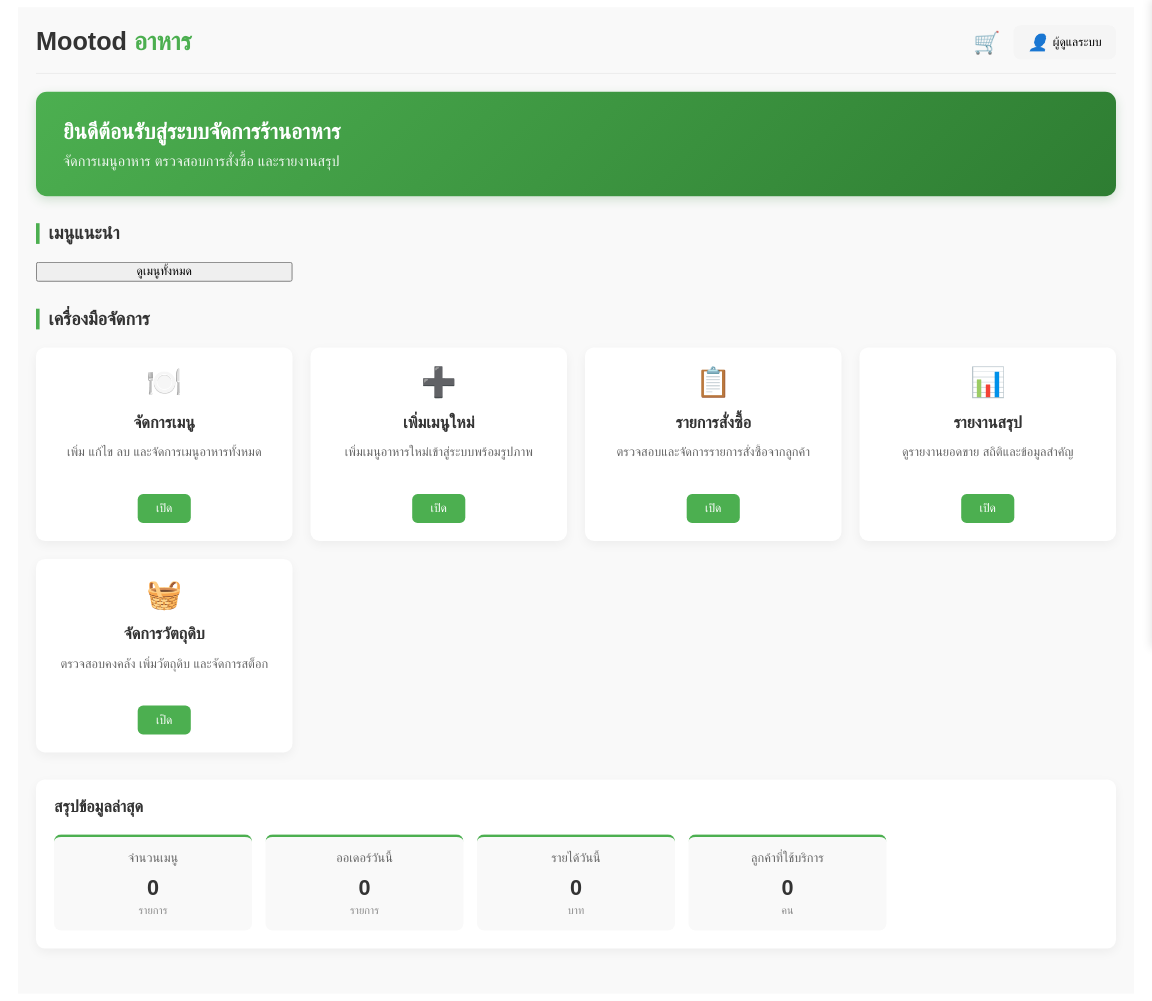
Repository: KwaunchaiJankaikot/mootod
Page: / (app in frontend/)
These files come from the project's save history. The page is drawn as it stood at one moment and after the next save; the edit follows.
The browser window is 1280 px wide. The pictures show the whole page, at 90% of full size.
The page's requests for data from a server got no answer. The project was rebuilt for these pictures with package versions that can differ from the ones it lists, and the page was loaded fresh each time. No one was signed in, and anything a server would have sent is missing. Also part of the build but not shown: frontend/vue.config.js, frontend/src/components/CheckoutPage.vue, frontend/src/components/AddMenu.vue, frontend/src/components/MenuList.vue, frontend/src/components/EditMenu.vue, frontend/src/components/InventoryPage.vue.

Above is the page before, as saved 2025-04-23 01:04:49.

After the next save:
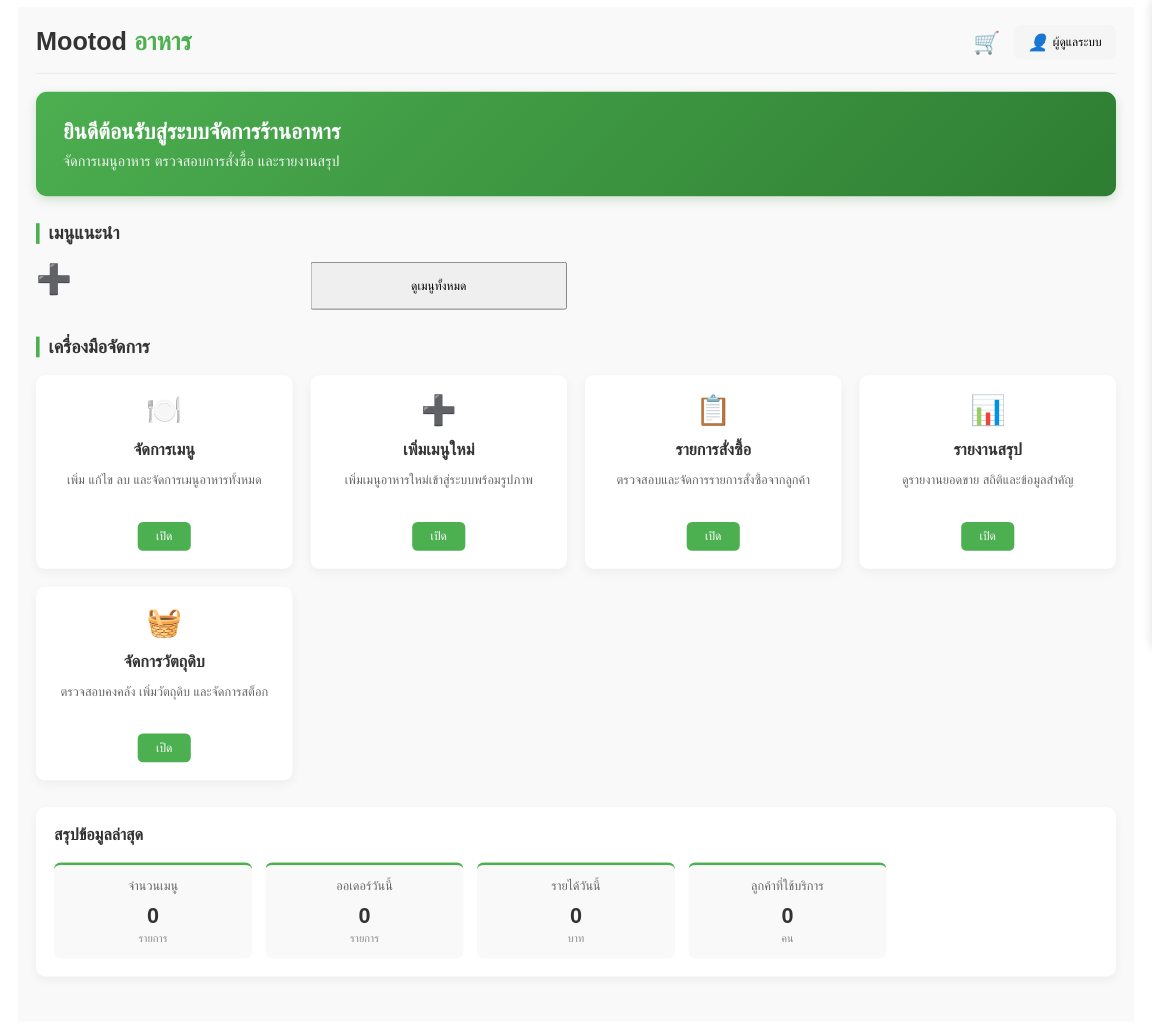
Saved 17 s later.
--- a/frontend/src/components/HomePage.vue
+++ b/frontend/src/components/HomePage.vue
@@ -61,6 +61,7 @@
           </div>
         </div>
       </div>
+      <div class="card-icon">➕</div>
       <button class="view-btn" @click="viewAllMenus">ดูเมนูทั้งหมด</button>
     </div>
 
